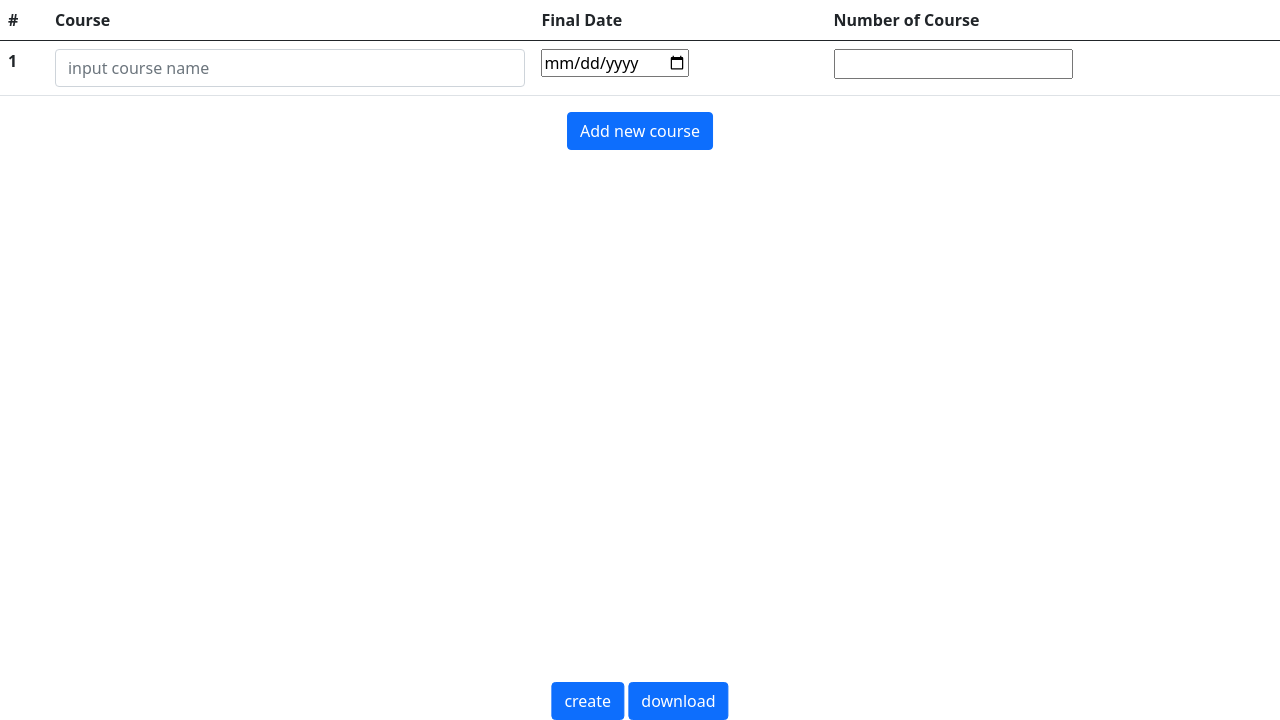
Repository: xich4932/fuxiguanli
Page: class_main.html
An editor plug-in stored every save of this project. The page is shown before and after the next save, followed by the edit.
The browser window is 1280 px wide. The pictures show the whole page.

Above is the page before, as saved 2021-06-21 22:02:18.
Console error: SyntaxError: Unexpected token '}'

### class_main.html
<!doctype html>
<html lang="en">
  <head>
    <!-- Required meta tags -->
    <meta charset="utf-8">
    <meta name="viewport" content="width=device-width, initial-scale=1">

    <!-- Bootstrap CSS -->
    <link href="https://cdn.jsdelivr.net/npm/bootstrap@5.0.1/dist/css/bootstrap.min.css" rel="stylesheet" integrity="sha384-+0n0xVW2eSR5OomGNYDnhzAbDsOXxcvSN1TPprVMTNDbiYZCxYbOOl7+AMvyTG2x" crossorigin="anonymous">
    <script src="https://cdnjs.cloudflare.com/ajax/libs/jquery/3.6.0/jquery.min.js" integrity="sha512-894YE6QWD5I59HgZOGReFYm4dnWc1Qt5NtvYSaNcOP+u1T9qYdvdihz0PPSiiqn/+/3e7Jo4EaG7TubfWGUrMQ==" crossorigin="anonymous" referrerpolicy="no-referrer"></script>
    <script type="text/javascript" src="script.js" defer="true"></script>

    <link rel="stylesheet" href="style.css">
    <title>Hello, world!</title>
  </head>
  <body>

    <!-- Optional JavaScript; choose one of the two! -->

    <!-- Option 1: Bootstrap Bundle with Popper -->
    <script src="https://cdn.jsdelivr.net/npm/bootstrap@5.0.1/dist/js/bootstrap.bundle.min.js" integrity="sha384-gtEjrD/SeCtmISkJkNUaaKMoLD0//ElJ19smozuHV6z3Iehds+3Ulb9Bn9Plx0x4" crossorigin="anonymous"></script>

    <!-- Option 2: Separate Popper and Bootstrap JS -->
    <!--
    <script src="https://cdn.jsdelivr.net/npm/@popperjs/core@2.9.2/dist/umd/popper.min.js" integrity="sha384-IQsoLXl5PILFhosVNubq5LC7Qb9DXgDA9i+tQ8Zj3iwWAwPtgFTxbJ8NT4GN1R8p" crossorigin="anonymous"></script>
    <script src="https://cdn.jsdelivr.net/npm/bootstrap@5.0.1/dist/js/bootstrap.min.js" integrity="sha384-Atwg2Pkwv9vp0ygtn1JAojH0nYbwNJLPhwyoVbhoPwBhjQPR5VtM2+xf0Uwh9KtT" crossorigin="anonymous"></script>
    -->
    <div>
      <div id="course_table" >
        <table class="table" id = "add_course_table">
          <thead>
            <tr>
              <th scope="col">#</th>
              <th scope="col">Course</th>
              <th scope="col">Final Date</th>
              <th scope="col">Number of Course</th>
            </tr>
          </thead>
          <tbody id="course">

            <tr>
              <th scope="row">1</th>
              <td>
                <input class="form-control" type="text" placeholder="input course name" aria-label="default input example" id="course_0">
              </td>
              <td>
                <input type="date" id="final_0">
              </td>
              <td>
                <input type="number" id="num_0">
              </td>
            </tr>

          </tbody>
          </table>
    </div>
    </div>
    <!--
      <div ">
      <button type="button" class="btn btn-primary" id="addbtn" onclick="printing()">check</button>
    </div>
    -->
      <div>

        <div class="position-absolute bottom- start-50 translate-middle-x">
            <button type="button" class="btn btn-primary" id="addbtn" onclick="add_course()">Add new course</button>

        </div>
        <!--
        <div>
          <div class="position-absolute bottom-0 end-0">
            <a class="btn btn-primary" href="download.html" role="button">Next</a>
          </div>
          <div class="position-absolute bottom-0 start-0">
            <a class="btn btn-primary" href="index_main.html" role="button">Prev</a>
          </div>

        </div>
        -->
        <div class="position-absolute bottom-0 start-50 translate-middle-x">

          <button type="button" class="btn btn-primary" id="crtbtn" onclick="create()">create</button>
          <!--
          <a class="download hide" id="downloadLink" download="event.ics">Download</a>
          -->
          <a class="btn btn-primary" style="visibility: none;" href="#" role="button" id="downbtn" download="event.ics" >download</a>
         </div>
    </div>
  </body>
</html>

### style.css

.vertical-center {
    margin: 0;
    position: absolute;
    top: 50%;
    -ms-transform: translateY(-50%);
    transform: translateY(-50%);
}
/*
.float{
	position:fixed;
	width:60px;
	height:60px;
	bottom:40px;
	right:40px;
	background-color:#0C9;
	color:#FFF;
	border-radius:50px;
	text-align:center;
	box-shadow: 2px 2px 3px #999;
}
*/
.table_style{
	background-color: whitesmoke;
	width: 80%;
	height: 100%;
	margin: auto;
	border-radius: 1pc;
	border-color: teal;
}

### script.js
function load_table(){
    var table = document.getElementById("table_body")
    //table.innerHTML;
    str = ''
    count = 0;
    window_time = ["6:00-8:00", "8:00-10:00", "10:00-12:00", "12:00-14:00", "14:00-16:00", "16:00-18:00", "18:00-20:00", "20:00-22:00", "22:00-24:00"]
    for(r = 0; r < 9; r++){
        str += '<th scope="row">'+window_time[r]+'</th>'
        for(i = 0; i < 7; i++){
            str += '<td><div class="form-check"><input class="form-check-input" type="checkbox" value="" id="check'+count+'"><label class="form-check-label" for="window'+count+'"></label></div></td>'
            count ++
        }
        str += '</tr>'
    }
    //var arr = [1,2,3,4]
    //test.apply(this ,arr)
    //console.log(arr.join())
    table.innerHTML += str
};

var week = []
function checking(){
    for(var f = 0; f < 7; f++){
        var temp_arr = []
        for( i = f; i <63; i+=7 ){
            if(document.getElementById('check' + String(i)).checked == true){
                console.log(i)
                temp_arr.push(i)
            }
        }
        week.push(temp_arr)
    }
    console.log(week)
    document.getElementById("table_next").style.visibility =
}

var total = 1;
//test
week.push([0])
week.push([5,8])
week.push([])
week.push([])
week.push([])
week.push([])
week.push([])


function add_course(){
    add = document.getElementById("course");
    str = '<tr><th scope="row">'+ (total+1)+'</th><td><input class="form-control" type="text" placeholder="input course name" aria-label="default input example" id="course_'+total+'"></td><td><input type="date" id="final_'+total+'"></td><td><input type="number" id="num_'+total+'"></td></tr>'
    total += 1
    $('#add_course_table tr:last').after(str);
}

function printing(){
    console.log(document.getElementById('final_date1').value)
    console.log(document.getElementById('num_course1').value)
    console.log(document.getElementById('course_1').value)

}

function calLastDay(month, year){
    if(month == 1 || month == 3 || month == 5 || month == 7 || month == 8 || month == 10 | month == 12 ){
        return 31;
    }else if(month == 4 || month == 6 || month == 9 || month == 11){
        return 30;
    }else{
        if(year % 4) return 28;
        if(!(year % 4) && year % 100) return 29;
        if(year % 100 && !(year % 400)) return 28
        else return 29
    }
}


var final_arr=[]; // final date
var course_arr = []; //course name
var num_arr = [] //number of topic of final for review
var time_start = []//start day of
var time_end = []//
var exclude_final = [] // exclude from review days
var exclude_str = "" //for RRULE
var icsFile = null;
var event_str = ""
var until = []
var window_start = ""
var window_end = ""
var window_str = ""

function create() {
    for(var i = 0; i < total; i++){
        final_arr.push(document.getElementById("final_"+String(i)).value)
        num_arr.push(document.getElementById("num_"+String(i)).value)
        course_arr.push(document.getElementById("course_"+String(i)).value)
    }
   //console.log(final_arr.join())
   //console.log(course_arr.join())
   //console.log(num_arr.join())
    total *= 2;
    for(var i = 0; i < total; i+=2){
        var day_before = final_arr[i].substring(0, 8)
        var day = final_arr[i].substring(8,10) - 1
        if(parseInt(final_arr[i].substring(8,10)) == 1){
            var temp_day_before = day_before
            var day_before = final_arr[i].substring(5,7) - 1
            day = calLastDay(parseInt(final_arr[i].substring(5,7))-1 ,parseInt(final_arr[i].substring(0,4)))
            if(day_before < 10){
                day_before = temp_day_before.substring(0, 5) + '0' + String(day_before) + '-'
            }
        }else{
            if(day < 10){
                day = '0' + String(day)
            }else{
                day = final_arr[i].substring(8,10) - 1
            }
        }
        final_arr.splice(i, 0, day_before + day)
        //console.log(final_arr.join())
    }
    //total /= 2
    console.log(final_arr.join())
    //total *= 2
    final_rearrange()
    ret_window()
    review_windows()
    automator()
   createEvent()
   //makeIcsFile()
   var ready = document.getElementById("downbtn")
   ready.href = makeIcsFile()
   document.getElementById("downbtn").style.display = "block"
}
/*
function exdate_working(){
    var temp_size = total / 2
    for(var t =0; t < total; t+=2){
        var str = ""
        str = String(final_arr[t].substring(0,4)) + String(final_arr[t].substring(5,7)) + String(final_arr[t].substring(8)) + 'T' + "000000"
        time_start.push(str)
        console.log("im in func")
    }
}
 */
/*
function time_to_start(){
   // console.log(final_arr.join())
    for(var t =0; t < total; t+=2){
        var str = ""
        str = String(final_arr[t].substring(0,4)) + String(final_arr[t].substring(5,7)) + String(final_arr[t].substring(8)) + 'T' + "000000"
        time_start.push(str)
        console.log("im in func")
    }
    //console.log(time_start.join())
}

function time_to_end(){
    //console.log(final_arr.join())
    for(var t =1; t <= total; t+=2){
        var str = ""
        str = String(final_arr[t].substring(0,4)) + String(final_arr[t].substring(5,7)) + String(final_arr[t].substring(8)) + 'T' + "235959"
        time_end.push(str)
        console.log("im in fund")
    }
}
 */

/*

 */
function final_rearrange(){
    for(var t =0; t < total ; t++){
        var temp_str = String(final_arr[t].substring(0,4)) + String(final_arr[t].substring(5,7)) + String(final_arr[t].substring(8)) + 'T' + "000000"
        if(t % 2){
            final_arr.push(temp_str)
        }
        exclude_str += temp_str
        exclude_str +=    ','
    }
    //console.log(str)
    //console.log(final_formatted.join())
}
/*
 *  store the time of windows
 *
 */
function ret_window(num){
    if(num / 7 == 0){
        window_start = "060000"
        window_end = "080000"
    }else if(num / 7 == 1){
        window_start = "080000"
        window_end = "100000"
    }else if(num / 7 == 2){
        window_start = "100000"
        window_end = "120000"
    }else if(num / 7 == 3){
        window_start = "120000"
        window_end = "140000"
    }else if(num / 7 == 4){
        window_start = "140000"
        window_end = "160000"
    }else if(num / 7 == 5){
        window_start = "160000"
        window_end = "180000"
    }else if(num / 7 == 6){
        window_start = "180000"
        window_end = "200000"
    }else if(num / 7 == 7){
        window_start = "200000"
        window_end = "220000"
    }else if(num / 7 == 8){
        window_start = "220000"
        window_end = "240000"
    }
}

function review_windows(){
    var today = new Date()
    for(var d = 0; d < total; d++){
        //window_str =
        time_start.push(String(today.getFullYear()) + String(today.getMonth()+1) + String(today.getDate()) + "T" + window_start)
        time_end.push(String(today.getFullYear()) + String(today.getMonth()+1) + String(today.getDate()) + "T" + window_end)
    }
}

/*
the final day and the days before final is reserved
*/
//var week = []
function calNextDay(month, year, day){
    if(month == 1 || month == 3 || month == 5 || month == 7 || month == 8 || month == 10 | month == 12 ){
        if(day + 1 > 31) return 1;
      //  else return day + 1;
    }else if(month == 4 || month == 6 || month == 9 || month == 11){
        if(day + 1 > 30) return 1;
     //   else return day + 1;
    }else{
        if(year % 4){
            if(day + 1 > 28) return 1;
          //  else return day + 1;
        } //return 28;
        if(!(year % 4) && year % 100){
            if(day + 1 > 29) return 1;
          //  else return day + 1;
        } //return 29; //leap month
        if(year % 100 && !(year % 400)){
            if(day + 1 > 28) return 1;
          //  else return day + 1;
        } //return 28
        else{
            if(day + 1 > 29) return 1;
          //  else return day + 1;
        } //return 29 //leap month
    }
    return day + 1
}



function automator(){
    var today = new Date()
    var sizer = total / 2;
    var temp_event
    console.log(today.getFullYear(), today.getMonth() +1, today.getDate())
    //document.getElementById("")
    time_start = String(today.getFullYear()) + String(today.getMonth()+1) + String(today.getDate()) + 'T000000'
    var weekday = translate_week((today.getDay() + 1) % 7 )
    for(var g = 0; g < sizer; g++){
        event_str += createEvent(course_arr[g], time_start[g], time_end[g] ,  until[g], translate_week(today.getDay()%7) )
    }
}


//return day in code
function translate_week(temp_week){
    switch (temp_week){
        case 0:
            return "SU"
            break;
        case 1:
            return "MO"
            break;
        case 2:
            return "TU"
            break;
        case 3:
            return "WE"
            break;
        case 0:
            return "TH"
            break;
        case 1:
            return "FR"
            break;
        case 2:
            return "SA"
            break;
        default:
            return "MO"
            break;
    }

}


//writing ICS rule

function createEvent(event_name, start_time, end_time, get_until, r_week) {
    for(var i = 0; i < time_start.length; i++){
       event_str += "BEGIN:VEVENT\n" +
       "UID:" +
       Math.random().toString(36).substring(2) +
       "\n" +
       "TZID:Asia/Shanghai\n" +
       "DTSTART;VALUE=DATE:" +
       //time_start[i] +
       "\n" +
       "DTEND;VALUE=DATE:" +
      // time_end[i] +
       "\n" +
       "SUMMARY:" +
      // course_arr[i] +
       "\n" +
       "DESCRIPTION:" +
       "review for "+ course_arr[i] +
       "\n" +
       "BEGIN:VALARM\n" +
       "TRIGGER:-PT10M\n" +
       "ACTION:DISPLAY" +
       "RRULE: FREQ=WEEKLY; WKST=SUN; BYDAY= " + r_week + "EXDATE="+ exclude_str +
       "\n" +
       "END:VEVENT\n";
    }
    return event_str
}

function makeIcsFile(date, summary, description) {
    //event_str =
    //console.log("eventstr: ", event_str)
    var test =
      "BEGIN:VCALENDAR\n" +
      "CALSCALE:GREGORIAN\n" +
      "METHOD:PUBLISH\n" +
      "PRODID:-//Test Cal//EN\n" +
      "VERSION:2.0\n";
      console.log(event_str)
      test += event_str;

      test += "END:VCALENDAR";
    ///console.log(test)
    var data = new File([test], { type: "text/plain" });

    // If we are replacing a previously generated file we need to
    // manually revoke the object URL to avoid memory leaks.
    if (icsFile !== null) {
      window.URL.revokeObjectURL(icsFile);
    }

    icsFile = window.URL.createObjectURL(data);

    return icsFile;
}

After the next save:
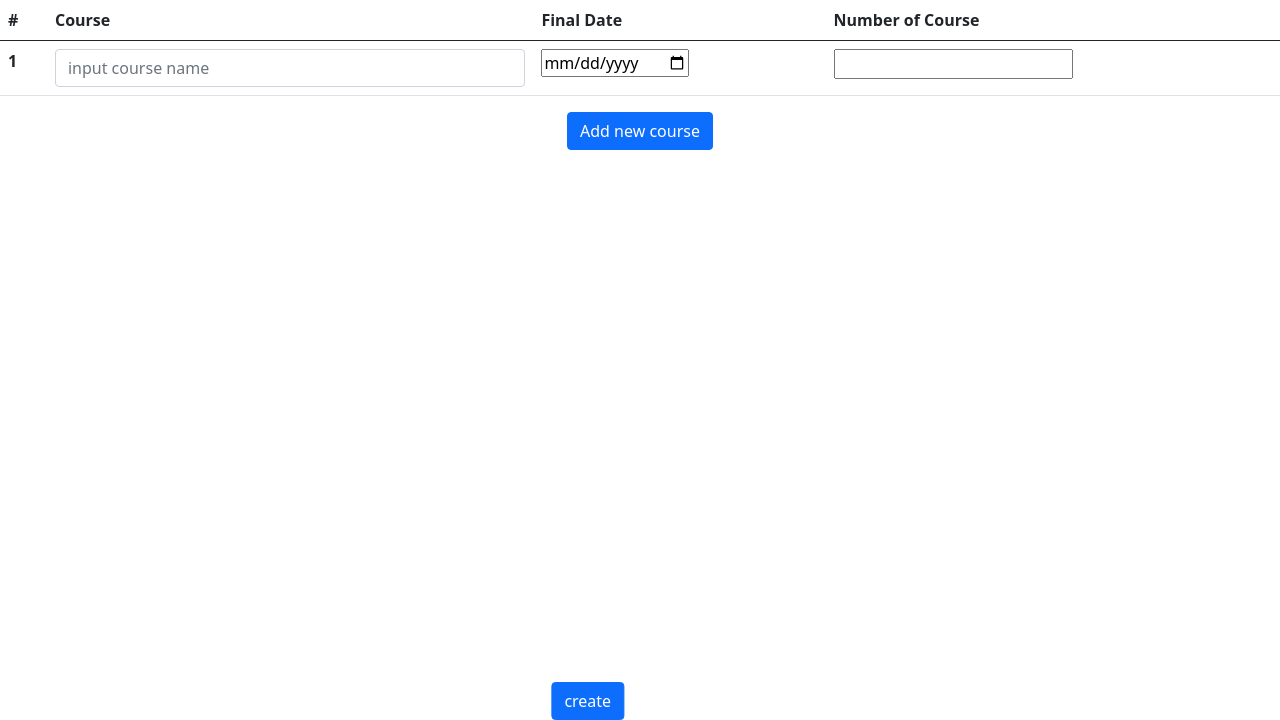
Saved 10 s later.
--- a/class_main.html
+++ b/class_main.html
@@ -83,7 +83,7 @@
           <!--
           <a class="download hide" id="downloadLink" download="event.ics">Download</a>
           -->
-          <a class="btn btn-primary" style="visibility: none;" href="#" role="button" id="downbtn" download="event.ics" >download</a>
+          <a class="btn btn-primary" style="visibility: hidden;" href="#" role="button" id="downbtn" download="event.ics" >download</a>
          </div>
     </div>
   </body>
